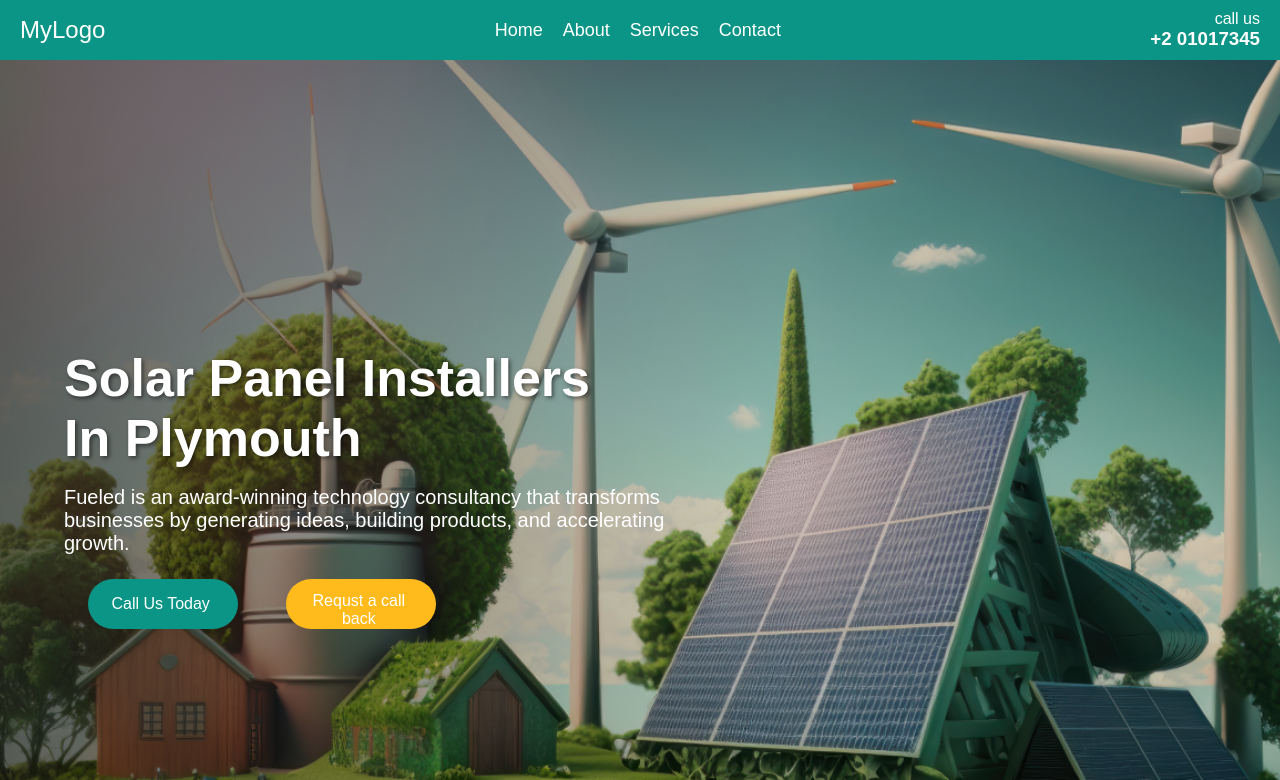
Repository: MaramNabil872/Landing-Page
Page: landingPage.html
The author's editor kept a copy of each file at every save. The page is drawn from the files as they stood at one save, then again after a run of saves.
The browser window is 1280 px wide. The pictures show the whole page.

Above is the page before, as saved 2024-10-20 20:46:44.

### landingPage.html
<!DOCTYPE html>
<html lang="en">
    <head>
        <meta charset="UTF-8" />
        <meta name="viewport" content="width=device-width, initial-scale=1.0" />
        <title>Landing Page</title>
        <link rel="stylesheet" href="landingPage.css" />
    </head>
    <body>
        <nav class="navbar">
            <div class="logo">MyLogo</div>

            <ul class="nav-links">
                <li><a href="#home">Home</a></li>
                <li><a href="#about">About</a></li>
                <li><a href="#services">Services</a></li>
                <li><a href="#contact">Contact</a></li>
            </ul>
            <div class="call">
                <p>call us</p>
                <h3>+2 01017345</h3>
            </div>
        </nav>

        <div class="image-container">
            <img
                src="images/solar-panels-meadow 1.png"
                alt="Background Image"
                class="background-image"
            />
            <div class="main-text">
                <h2 class="text-wallpaper">
                    Solar Panel Installers <br />
                    In Plymouth
                </h2>
                <br />
                <p class="text-paragraph">
                    Fueled is an award-winning technology consultancy that
                    transforms <br />
                    businesses by generating ideas, building products, and
                    accelerating<br />
                    growth.
                </p>
                <div class="button-container">
                <button class="button-wallpaper1">Call Us Today</button>
                <button class="button-wallpaper2">Requst a call back</button>
            </div>
            </div>
        </div>
    </body>
</html>

### landingPage.css
* {
    margin: 0;
    padding: 0;
    box-sizing: border-box; /* Added for consistent sizing */
}

body {
    font-family: Arial, sans-serif;
}

.navbar {
    background-color: #0b9586;
    display: flex;
    justify-content: space-between;
    align-items: center;
    padding: 10px 20px;
    position: relative;
    flex-wrap: wrap; /* Allow items to wrap on smaller screens */
}

.logo {
    color: #fff;
    font-size: 24px;
}

.nav-links {
    list-style: none;
    display: flex;
    flex-wrap: wrap; /* Allow links to wrap on smaller screens */
}

.nav-links li {
    margin-left: 20px;
}

.nav-links a {
    text-decoration: none;
    color: white;
    font-size: 18px;
    transition: color 0.3s;
}

.nav-links a:hover {
    color: #f0a500;
}

.call {
    color: #fff;
    text-align: right; /* Align text to the right */
}

.image-container {
    position: relative;
    width: 100%;
    height: 100vh; /* Full screen height */
    overflow: hidden; /* Hide overflow */
}

.background-image {
    width: 100%;
    height: 100%;
    object-fit: cover; /* Ensure the image covers the entire container */
}
.main-text{
    position: absolute;
    top: 40%;
    left:5%;
}
.text-wallpaper {


    color: white;
    font-size: 52px;
    font-weight: bold;
    text-shadow: 2px 2px 4px rgba(0, 0, 0, 0.5);
}
.text-paragraph{
    color: white;
    font-size:  20px;

}
.button-container{
    display: flex;
}
.button-wallpaper1 {
    background-color: #0b9586;
    color: white;
    border: none;
    border-radius: 20em;
    padding: 0.8em 1.5em 0.8em 1.2em;
    width: 25%;
    margin: 4%;
    height: 50px;
    font-size: 16px;
    cursor: pointer;
    align-items: center;

}
.button-wallpaper2 {
    background-color:  #FFBB1C;
    ;
    color: white;
    border: none;
    border-radius: 20em;
    padding: 0.8em 1.5em 0.8em 1.2em;
    width: 25%;
    margin: 4%;
    height: 50px;
    font-size: 16px;
    cursor: pointer;
    align-items: center;

}


/* Media Queries for Responsiveness */
@media (max-width: 768px) {
    .navbar {
        flex-direction: column; /* Stack items vertically */
        align-items: flex-start; /* Align items to the left */
    }

    .nav-links {
        margin-top: 10px; /* Space between navbar and links */
    }

    .nav-links li {
        margin-left: 0;
        margin-bottom: 10px; /* Space between links */
    }

    .text-overlay {
        font-size: 1.5rem; /* Smaller text size for mobile */
    }
}

@media (max-width: 480px) {
    .text-overlay {
        font-size: 1.2rem; /* Even smaller text size for very small screens */
    }

    .call h3 {
        font-size: 1.2rem; /* Adjust call size for small screens */
    }
}

After the next 2 saves:
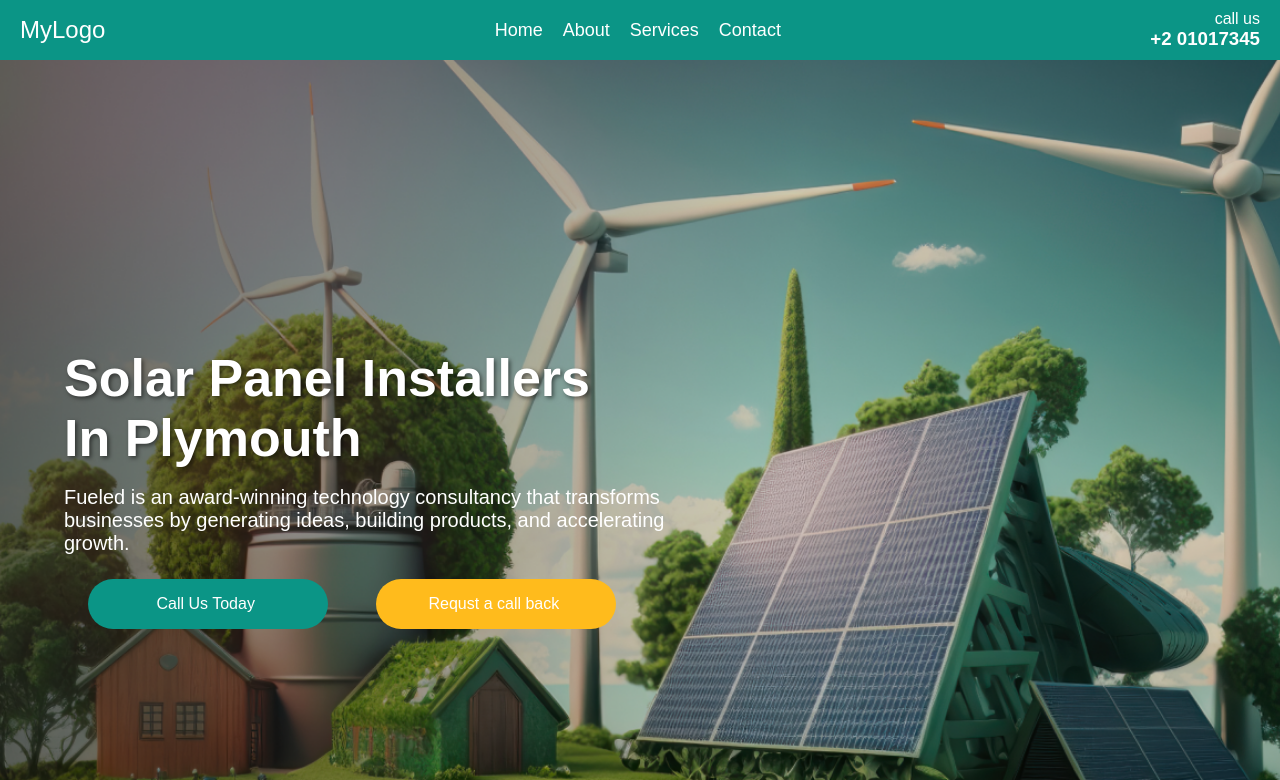
The 2 saves are shown as one change because they came seconds apart.
The last was saved 2 min 0 s later.
--- a/landingPage.css
+++ b/landingPage.css
@@ -88,7 +88,7 @@ body {
     border: none;
     border-radius: 20em;
     padding: 0.8em 1.5em 0.8em 1.2em;
-    width: 25%;
+    width: 40%;
     margin: 4%;
     height: 50px;
     font-size: 16px;
@@ -103,7 +103,7 @@ body {
     border: none;
     border-radius: 20em;
     padding: 0.8em 1.5em 0.8em 1.2em;
-    width: 25%;
+    width: 40%;
     margin: 4%;
     height: 50px;
     font-size: 16px;
